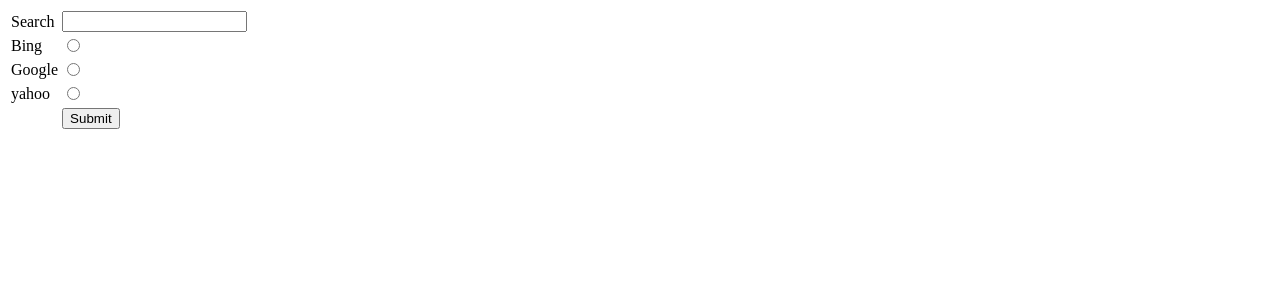
Repository: ashwinibd6697/ust-19sep-ashwinibd
Page: ust-java/webapp/WebContent/search.html
These files come from the project's save history. The page is drawn as it stood at one moment and after the next save; the edit follows.
The browser window is 1280 px wide. The pictures show the whole page.

Above is the page before, as saved 2019-11-14 04:23:44.

After the next save:
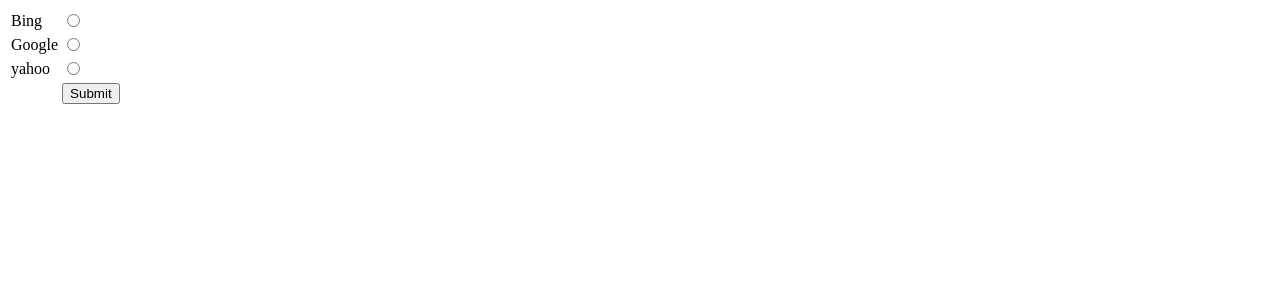
Saved 2 min 37 s later.
--- a/ust-java/webapp/WebContent/search.html
+++ b/ust-java/webapp/WebContent/search.html
@@ -7,10 +7,7 @@
 <body>
 	<form action="./redirect">
 		<table>
-			<tr>
-				<td>Search</td>
-				<td><input name="search" type="text"></td>
-			</tr>
+
             <tr>
 				<td>Bing</td>
 				<td><input type="radio" name="select" value="Bing" ></td>
